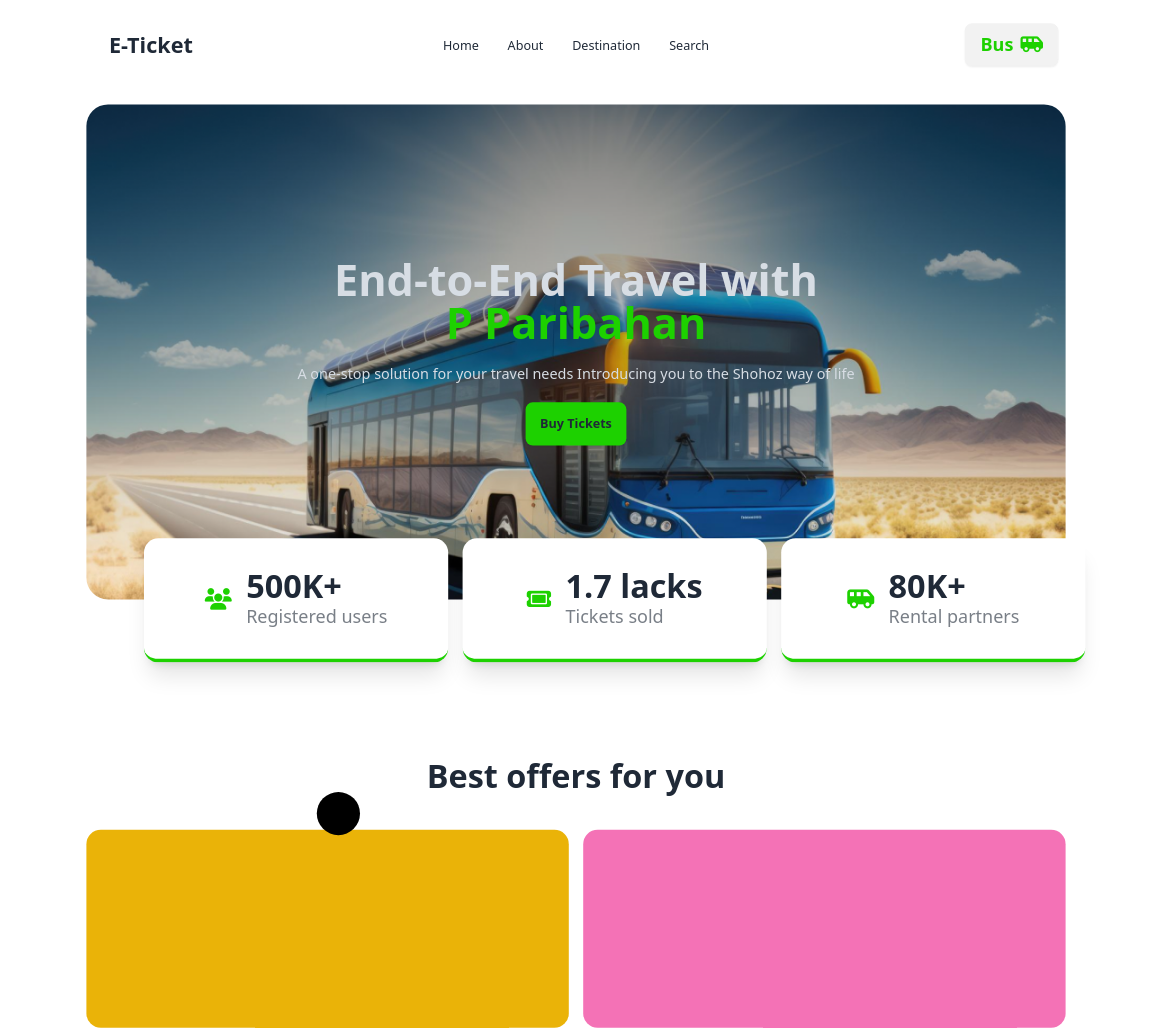
Repository: RudrasahaDibos/Smart-ticketing
Page: index.html
The author's editor kept a copy of each file at every save. The page is drawn from the files as they stood at one save, then again after the next save.
The browser window is 1280 px wide. The pictures show the whole page, at 90% of full size.
Some web fonts or font styles are not loaded; a fallback is used. Some web libraries are served in a nearby version.

Above is the page before, as saved 2024-11-10 01:13:36.

### index.html
<!DOCTYPE html>
<html lang="en">
<head>
    <meta charset="UTF-8">
    <meta name="viewport" content="width=device-width, initial-scale=1.0">
    <title>Smart-ticketing</title>
    <!-- tailwind link -->
<link href="https://cdn.jsdelivr.net/npm/daisyui@4.12.14/dist/full.min.css" rel="stylesheet" type="text/css" />
<script src="https://cdn.tailwindcss.com"></script>
<!-- font awesome link -->
<link rel="stylesheet" href="https://cdnjs.cloudflare.com/ajax/libs/font-awesome/6.6.0/css/all.min.css" integrity="sha512-Kc323vGBEqzTmouAECnVceyQqyqdsSiqLQISBL29aUW4U/M7pSPA/gEUZQqv1cwx4OnYxTxve5UMg5GT6L4JJg==" crossorigin="anonymous" referrerpolicy="no-referrer" />

<!-- google fonts  -->
<link rel="preconnect" href="https://fonts.googleapis.com">
<link rel="preconnect" href="https://fonts.gstatic.com" crossorigin>
<link href="https://fonts.googleapis.com/css2?family=Anton+SC&family=Manrope:wght@200..800&family=Raleway:ital,wght@0,100..900;1,100..900&display=swap" rel="stylesheet">

<style>
.raleway{
  font-family: "Raleway", sans-serif;
}
</style>



</head>
<body>
    <!-- header ends here -->
    <header  class="container mx-auto lg:pl-24 lg:pr-24 lg:pt-4 w-[1400px]">
               <div>
                <!-- navbar starts here -->
                <div class="navbar bg-base-100">
                    <div class="navbar-start">
                      <div class="dropdown">
                        <div tabindex="0" role="button" class="btn btn-ghost lg:hidden">
                          <svg
                            xmlns="http://www.w3.org/2000/svg"
                            class="h-5 w-5"
                            fill="none"
                            viewBox="0 0 24 24"
                            stroke="currentColor">
                            <path
                              stroke-linecap="round"
                              stroke-linejoin="round"
                              stroke-width="2"
                              d="M4 6h16M4 12h8m-8 6h16" />
                          </svg>
                        </div>
                        <ul
                          tabindex="0"
                          class="menu menu-sm dropdown-content bg-base-100 rounded-box z-[1] mt-3 w-52 p-2 shadow">
                          <li><a>Home</a></li>
                          <li><a>About</a></li>
                          <li><a>Destination</a></li>
                          <li><a>Search</a></li>
                        </ul>
                      </div>
                      <a class="btn btn-ghost text-2xl font-extrabold">E-Ticket</a>
                    </div>
                    <div class="navbar-center hidden lg:flex">
                      <ul class="menu menu-horizontal px-1">
                        <li><a>Home</a></li>
                        <li><a>About</a></li>
                        <li><a>Destination</a></li>
                        <li><a>Search</a></li>
                      </ul>
                    </div>
                    <div class="navbar-end">
                      <a class="btn text-[#1DD100]  border-1  text-xl">Bus <i class="fa-solid fa-van-shuttle"></i></a>
                    </div>
                  </div>
               </div>

              <!-- banner start here -->

              <div
              class="hero h-[550px] mt-8 bg-[url('/images/banner.png')] rounded-3xl relative">

              <div class="hero-content text-neutral-content text-center">
                <div class="">
                  <h1 class="mb-5 text-5xl font-extrabold">End-to-End Travel with <br> <span class="text-5xl text-[#1DD100]  font-extrabold">P Paribahan</span></h1>
                  <p class="mb-5">
                    A one-stop solution for your travel needs

                    Introducing you to the Shohoz way of life
                  </p>
                  <button class="btn bg-[#1DD100] border-none">Buy Tickets</button>
                </div>
              </div>
            </div>



                 <!-- banner end here -->

                <!-- 3 card start here  -->

                        <div class=" flex justify-between items-center gap-4 pl-16 pr-16 absolute -bottom-4   ">
                            <div class="stat flex bg-white justify-center items-center shadow-xl  border-b-4 border-b-[#1DD100]  rounded-2xl w-[338px] h-[138px]">
                                <div class="text-[#1DD100] text-2xl font-extrabold ">
                                    <i class="fa-solid fa-users"></i>
                                  </div>

                             <div>
                                <div class="stat-value">500K+</div>
                                <div class="stat-desc text-xl ">Registered users</div>
                             </div>


                            </div>

                            <div class="stat flex bg-white justify-center items-center  border-b-4 border-b-[#1DD100] shadow-xl  rounded-2xl w-[338px] h-[138px]">
                                <div class="text-[#1DD100] text-2xl font-extrabold ">
                                    <i class="fa-solid fa-ticket  "></i>

                                  </div>

                             <div>
                                <div class="stat-value">1.7 lacks</div>
                                <div class="stat-desc text-xl ">Tickets sold</div>
                             </div>


                            </div>

                            <div class="stat flex bg-white justify-center items-center  border-b-4 border-b-[#1DD100] shadow-xl  rounded-2xl w-[338px] h-[138px]">
                                <div class="text-[#1DD100] text-2xl font-extrabold ">
                                    <i class="fa-solid fa-van-shuttle"></i>

                                  </div>

                             <div>
                                <div class="stat-value">80K+</div>
                                <div class="stat-desc text-xl ">Rental partners</div>
                             </div>


                            </div>
                          </div>




                  <!-- 3 card ends here -->

               <!-- navbar Ends here -->
    </header>
    <!-- header ends here -->


     <!-- main start here -->
    <main class="container mx-auto lg:pl-24 lg:pr-24 lg:pt-4 w-[1400px]" >
                  <!-- Best offers for you start here -->
                     <section class="mt-40">
                               <h1 class="text-4xl font-semibold text-center">Best offers for you</h1>

                                <div class="flex gap-4 mt-10">
                                    <div class="bg-yellow-500  w-[573px] h-[220px] rounded-2xl">
                                               <p class="bg-black w-[48px] h-[48px] absolute mx-auto rounded-full  -bottom-52 ml-64 "></p>
                                    </div>
                                    <div class="bg-pink-400   w-[573px] h-[220px] rounded-2xl">

                                    </div>
                                </div>
                     </section>

                  <!-- Best offers for you ends here -->
    </main>
    <!-- main ends here -->



    <!-- js add -->
     <script src="index.js"></script>
</body>
</html>

Loaded but not shown: index.js (common file)

After the next save:
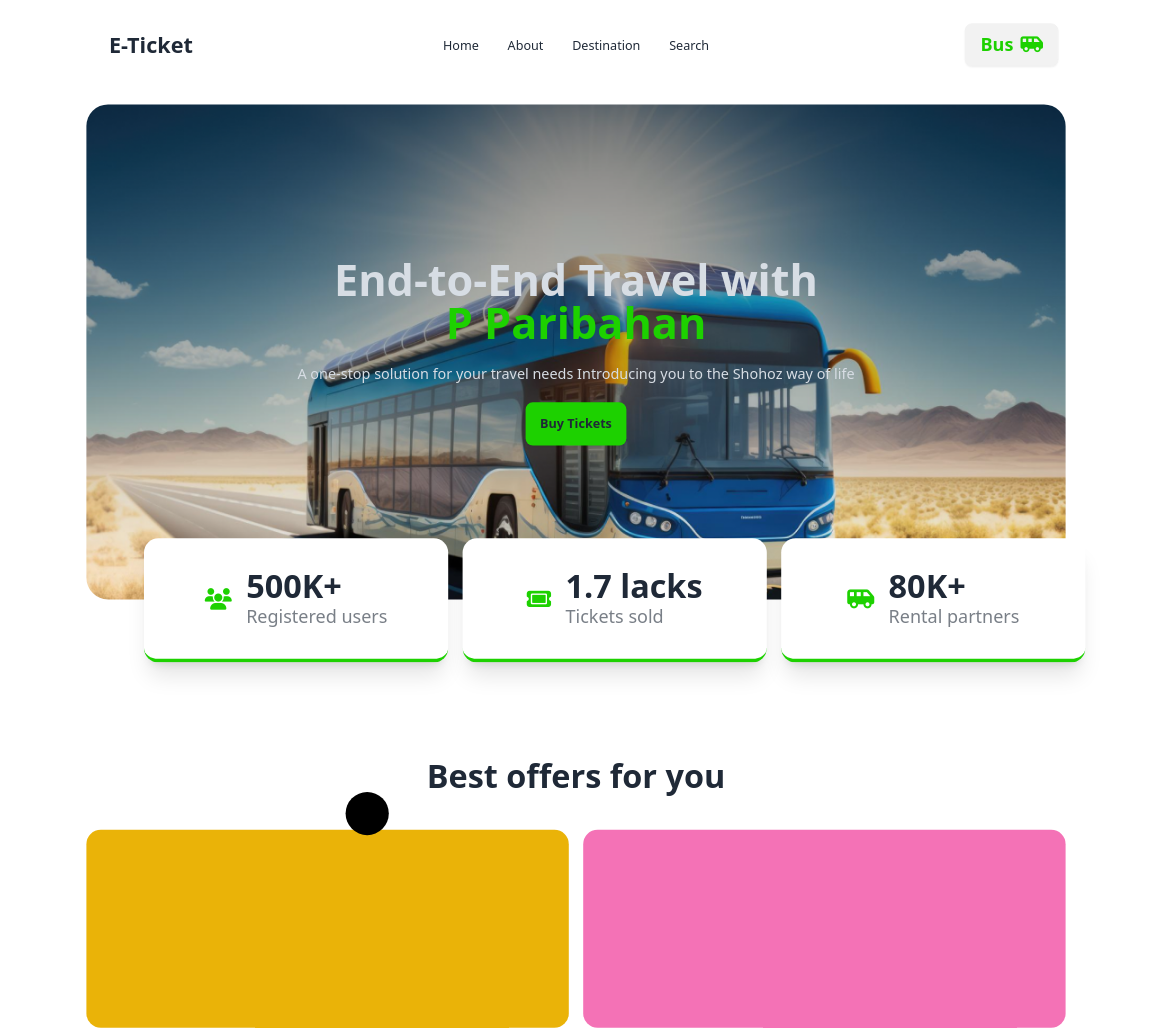
Saved 7 s later.
--- a/index.html
+++ b/index.html
@@ -156,7 +156,7 @@
 
                                 <div class="flex gap-4 mt-10">
                                     <div class="bg-yellow-500  w-[573px] h-[220px] rounded-2xl">
-                                               <p class="bg-black w-[48px] h-[48px] absolute mx-auto rounded-full  -bottom-52 ml-64 "></p>
+                                               <p class="bg-black w-[48px] h-[48px] absolute mx-auto rounded-full  -bottom-52 ml-72 "></p>
                                     </div>
                                     <div class="bg-pink-400   w-[573px] h-[220px] rounded-2xl">
 
